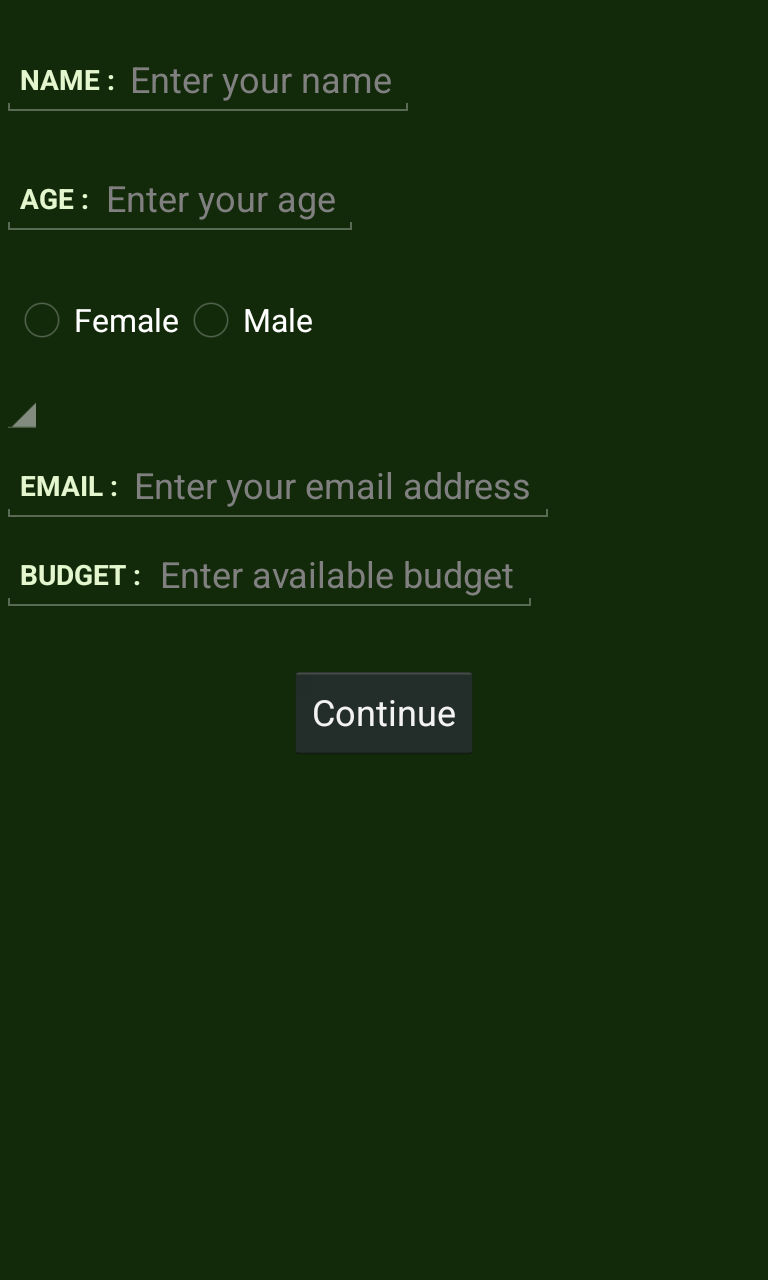
Repository: Adammdit/DT2283GUI
Layout: GunSmoke/res/layout/activity_details_form.xml
An editor plug-in stored every save of this project. The layout is shown before and after the next save, followed by the edit.
It is drawn on a 768 x 1280 px phone screen (xhdpi) without system bars, with theme android:Theme.Holo; the app's code is not run.

Above is the layout before, as saved 2014-11-08 19:34:20.

After the next save:
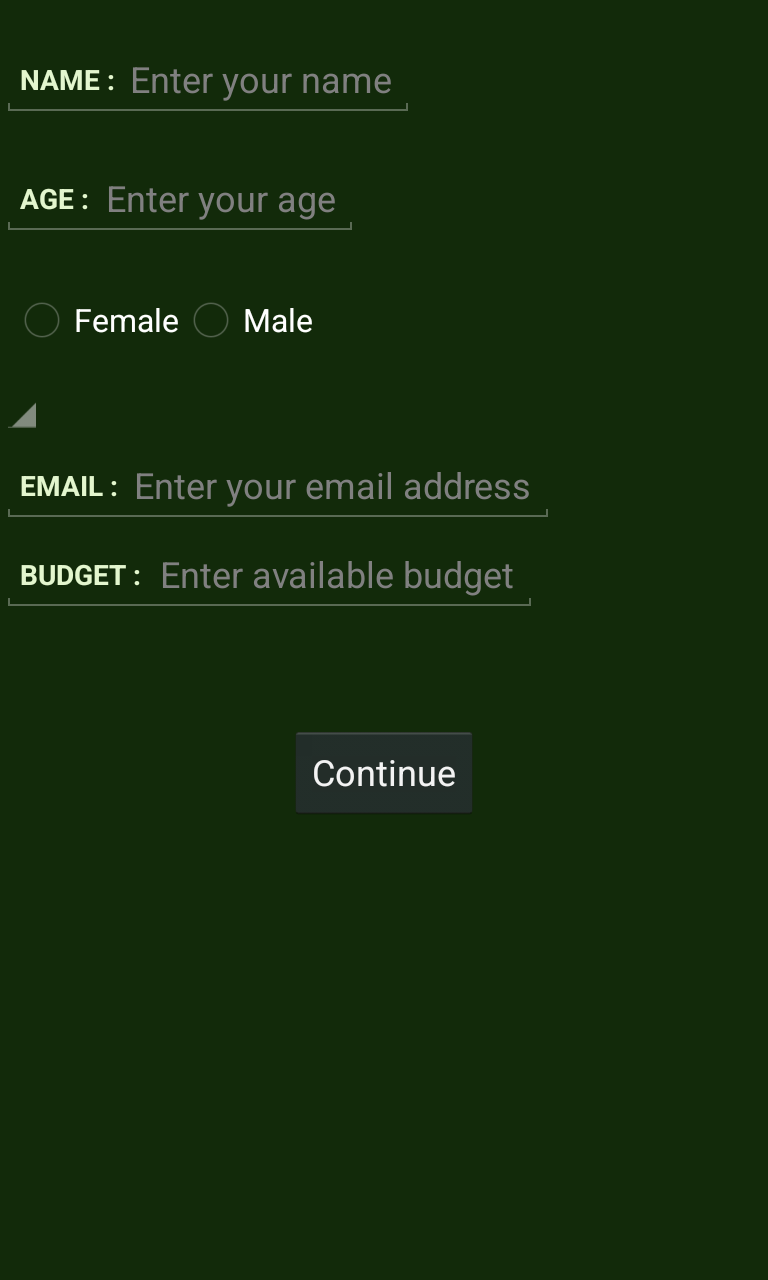
Saved 27 s later.
--- a/GunSmoke/res/layout/activity_details_form.xml
+++ b/GunSmoke/res/layout/activity_details_form.xml
@@ -110,7 +110,7 @@
 			    android:id="@+id/budget"
 			    android:layout_width="match_parent"
 			    android:layout_height="wrap_content"
-			    android:layout_marginBottom="25dp">
+			    android:layout_marginBottom="55dp">
 				<EditText
 				    android:layout_width="wrap_content"
 				    android:layout_height="wrap_content"
